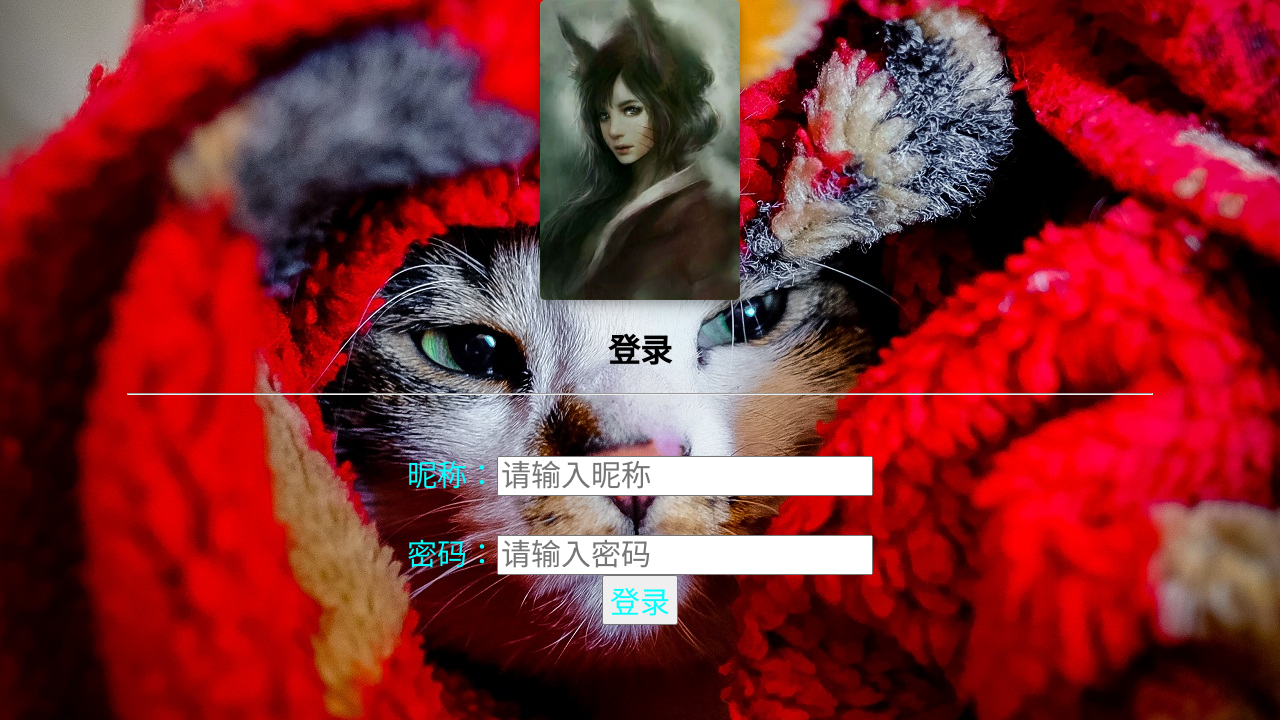
Repository: JuniorProjectTraining/free
Page: http://localhost/emss/login.jsp
These files come from the project's save history. The page is drawn as it stood at one moment and after the next save; the edit follows.
The browser window is 1280 px wide. The pictures show the whole page.
The page is served by Tomcat 9.

Above is the page before, as saved 2019-12-25 13:49:11.

After the next save:
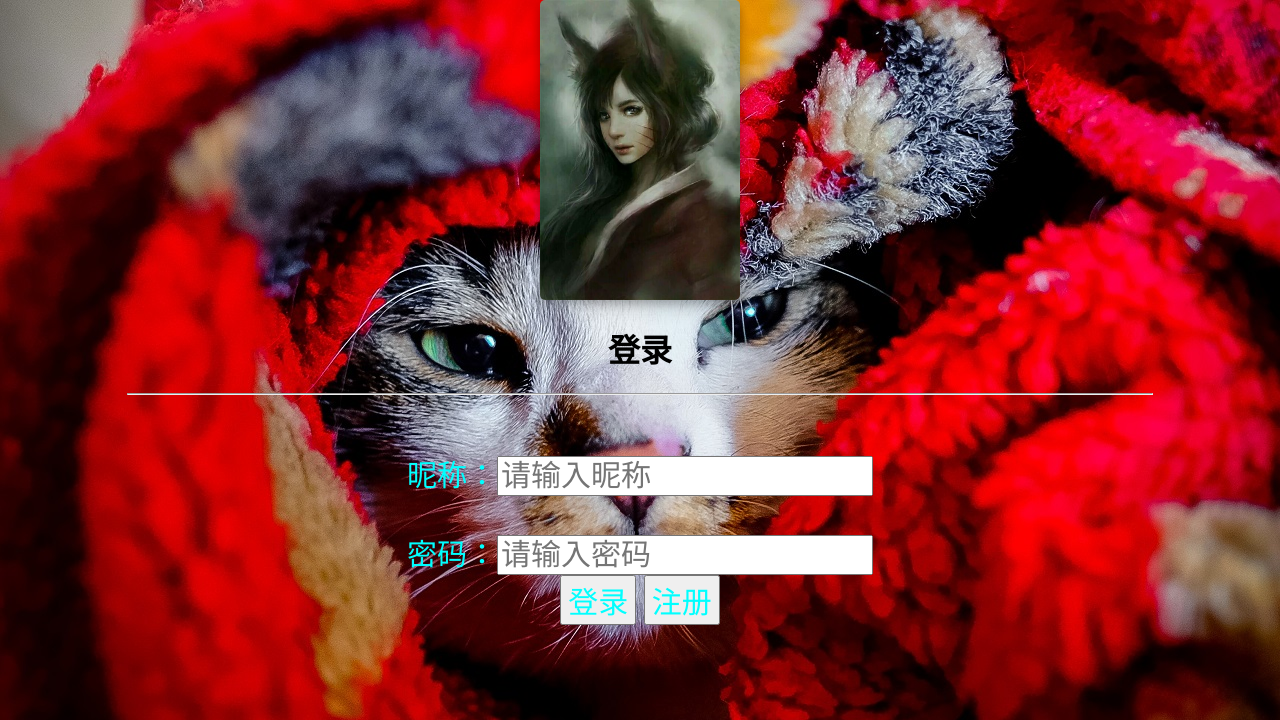
Saved 85 s later.
--- a/emss/src/main/webapp/login.jsp
+++ b/emss/src/main/webapp/login.jsp
@@ -55,7 +55,8 @@ body {
 				密码：<input type="password" id="password" name="password"
 					placeholder="请输入密码"/ >
 					<br>
-					<input type = "submit" value="登录">
+					<input type = "submit" value = "登录">
+					<input type = "submit" value = "注册">
 			</p>
 		</form>
 	</div>
